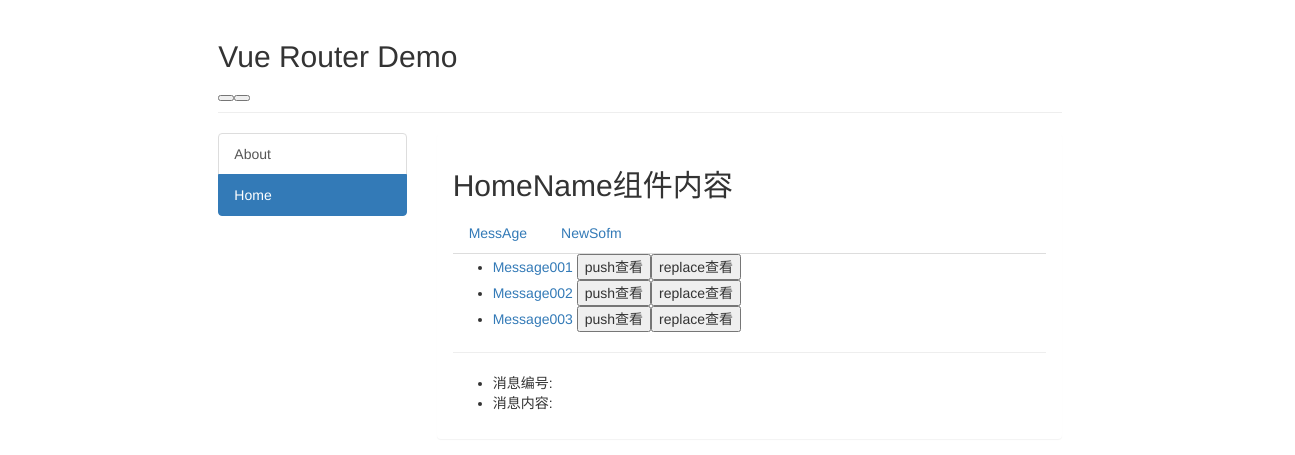
Repository: ldqml/vue.test
Page: /#/home/message/querymessage (app in router/)
The author's editor kept a copy of each file at every save. The page is drawn from the files as they stood at one save, then again after the next save.
The browser window is 1280 px wide. The page is 1295 px wide, so the pictures cover 1295 px, including what lies to the right of the window. The pictures show the whole page.
The project was rebuilt for these pictures with package versions that can differ from the ones it lists, and the page was loaded fresh each time. Also part of the build but not shown: router/vue.config.js, router/src/components/AboutName.vue, router/src/components/NewSofm.vue.

Above is the page before, as saved 2022-09-02 13:29:44.

After the next save:
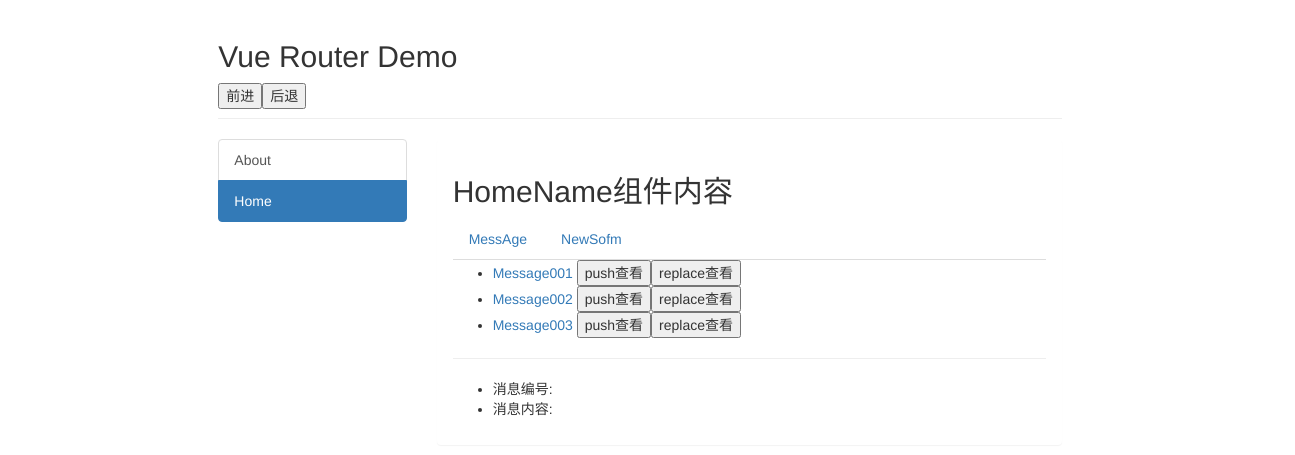
Saved 28 s later.
--- a/router/src/App.vue
+++ b/router/src/App.vue
@@ -4,8 +4,8 @@
       <div class="col-xs-offset-2 col-xs-8">
         <div class="page-header">
           <h2>Vue Router Demo</h2>
-          <button @click="forwardshow"></button>
-          <button @click="backshow"></button>
+          <button @click="forwardshow">前进</button>
+          <button @click="backshow">后退</button>
         </div>
       </div>
     </div>
